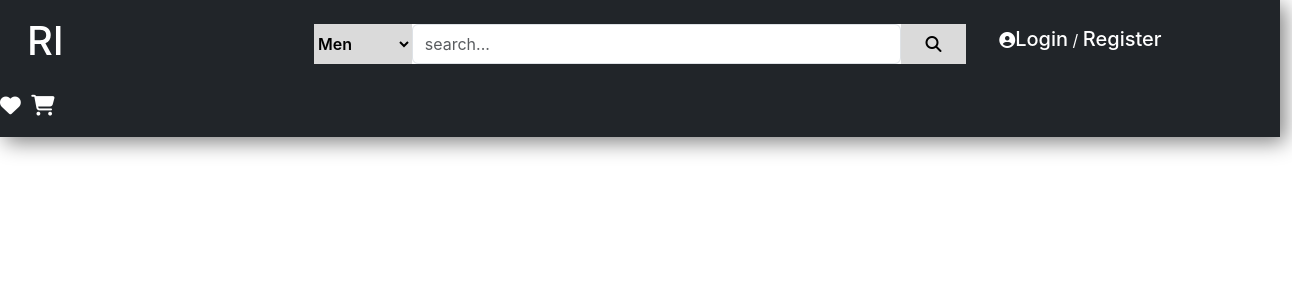
Repository: KodandaraoChellapilli/e-store
Page: /
These files come from the project's save history. The page is drawn as it stood at one moment and after the next save; the edit follows.
The browser window is 1280 px wide. The page is 1292 px wide, so the pictures cover 1292 px, including what lies to the right of the window. The pictures show the whole page.
The project was rebuilt for these pictures with package versions that can differ from the ones it lists, and the page was loaded fresh each time.

Above is the page before, as saved 2025-06-05 10:45:02.

### public/index.html
<!DOCTYPE html>
<html lang="en">
  <head>
    <meta charset="utf-8" />
    <link rel="icon" href="%PUBLIC_URL%/favicon.ico" />
    <meta name="viewport" content="width=device-width, initial-scale=1" />
    <meta name="theme-color" content="#000000" />
    <meta
      name="description"
      content="Web site created using create-react-app"
    />
    <link rel="apple-touch-icon" href="%PUBLIC_URL%/logo192.png" />
    <!--
      manifest.json provides metadata used when your web app is installed on a
      user's mobile device or desktop. See https://developers.google.com/web/fundamentals/web-app-manifest/
    -->
    <link rel="manifest" href="%PUBLIC_URL%/manifest.json" />

    <link rel="stylesheet"   href="https://cdnjs.cloudflare.com/ajax/libs/font-awesome/6.7.2/css/all.min.css"/>


    <link href="https://cdn.jsdelivr.net/npm/bootstrap@5.3.6/dist/css/bootstrap.min.css" rel="stylesheet" integrity="sha384-4Q6Gf2aSP4eDXB8Miphtr37CMZZQ5oXLH2yaXMJ2w8e2ZtHTl7GptT4jmndRuHDT" crossorigin="anonymous">
    <!--
      Notice the use of %PUBLIC_URL% in the tags above.
      It will be replaced with the URL of the `public` folder during the build.
      Only files inside the `public` folder can be referenced from the HTML.

      Unlike "/favicon.ico" or "favicon.ico", "%PUBLIC_URL%/favicon.ico" will
      work correctly both with client-side routing and a non-root public URL.
      Learn how to configure a non-root public URL by running `npm run build`.
    -->
    <title>React App</title>
  </head>
  <body>
    <noscript>You need to enable JavaScript to run this app.</noscript>
    <div id="root"></div>
    <!--
      This HTML file is a template.
      If you open it directly in the browser, you will see an empty page.

      You can add webfonts, meta tags, or analytics to this file.
      The build step will place the bundled scripts into the <body> tag.

      To begin the development, run `npm start` or `yarn start`.
      To create a production bundle, use `npm run build` or `yarn build`.
    -->
  </body>
</html>

### src/App.js
import logo from './logo.svg';
import './App.css';

function App() {
  return (
    <div className="App">
      <div className='header bg-dark'>
        <div className = 'row'>
          <div className='brand my-1'>
            <h1>RI</h1>
          </div>

          <div className='inp-container p-0 my-4 w-50 h-25 bg-white'>

            <div className='dropdown m-0 p-0'>
              <select className='select-btn w-100 p-0 m-0'>
                <option>Men</option>
                <option>Women</option>
                <option>Kids</option>
              </select>
            </div>
            <input className= 'form-control' placeholder='search...' />
            <button><i className='fa fa-search'/> </button>

          </div>

          <div  className = 'login-container  p-0'>
            <i className='fa fa-user-circle user-icon'/>
            <h5> <a href='#'> Login</a></h5> / <h5><a href="#">Register</a></h5>

          </div>

          <div className='cart-wishlist'>
            <ul className='p-0'>
              <li className='list-icon'> <i className='fa fa-heart'/> </li>
              <li className='list-icon'> <i className='fa fa-shopping-cart'/> </li>
            </ul>

          </div>

        </div>

      </div>

    </div>
  );
}

export default App;

### src/App.css
.header{
  max-width: 100%;
  box-shadow: 5px 5px 20px gray;
}

.row div{
  display: inline-block;
}

.brand{
  color:white;
  margin-left: 2%;
  padding: 0.8em;
  width: 23%;
}

.inp-container input{
  display: inline-block;
  width: 75%;
  height: 2.5em;
}

.inp-container button{
  width: 10%;
  height: 2.5em;
  border: none;
  background-color: #dadada;
}

.dropdown {
  width: 15%;
}

.select-btn{
  height: 2.5em;
  border: none;
  background-color: #dadada;
  font-weight: 600;
}


.login-container{
  width: 15%;
  color: white;
  text-align: right;
  margin: 1.7em 0.2em 0 0;
}

.login-container i, h5{
  display: inline-block;
}

.login-container a{
  text-decoration: none;
  color: white;
}

.user-iocn{
  margin-right: 0.4em;
  padding: 0.2em;
  font-size: 1.3em;
}

.cart-wishlist .list-icon{
  color:white;
  font-size: 1.3em;
  list-style-type: none;
  display: inline-block;
  margin-right: 0.5em;
}

Loaded but not shown: src/index.js (common file); src/index.css (common file); src/reportWebVitals.js (common file)

After the next save:
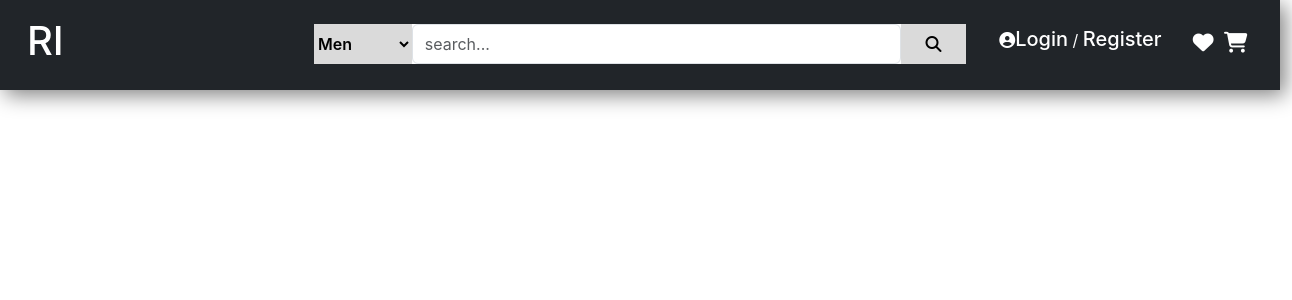
Saved 60 s later.
--- a/src/App.css
+++ b/src/App.css
@@ -68,3 +68,9 @@
   display: inline-block;
   margin-right: 0.5em;
 }
+
+.cart-wishlist{
+  width: 7%;
+  margin-top: 1.7em;
+  margin-left: 1em;
+}
